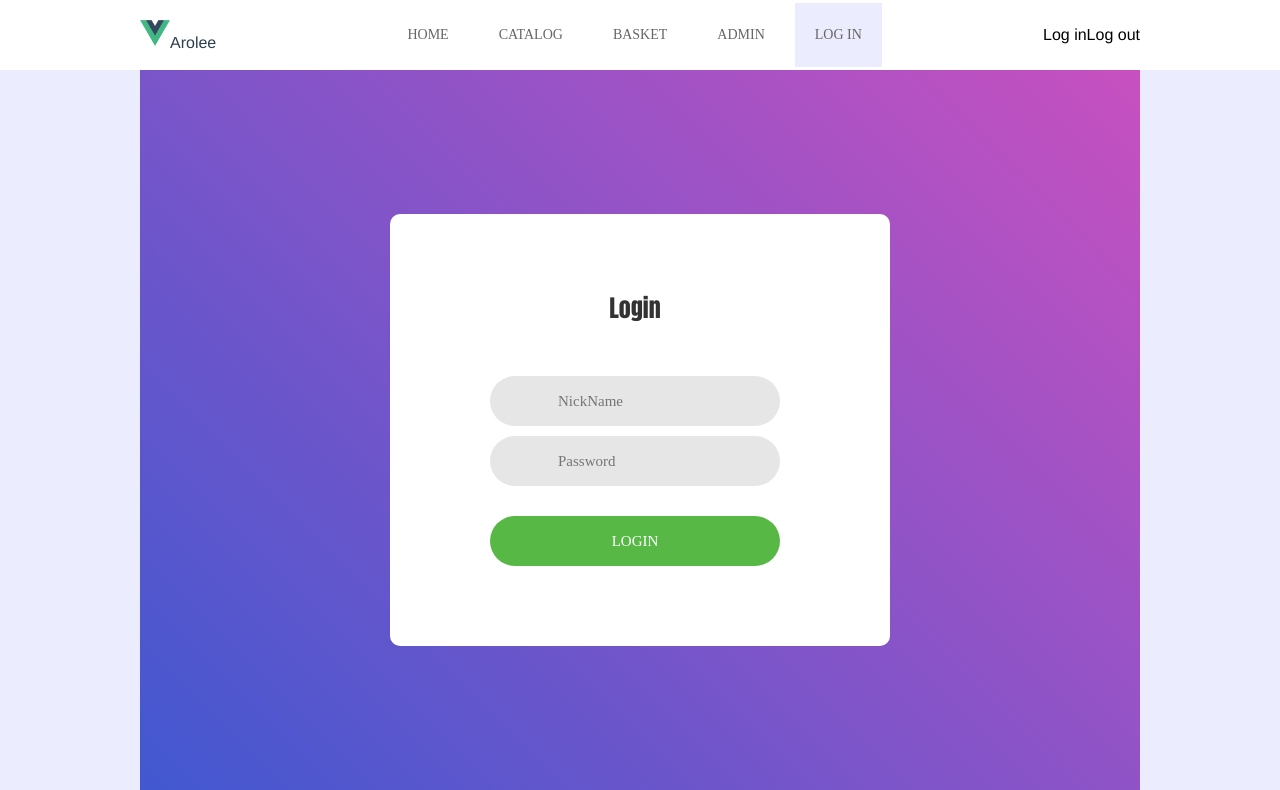
Repository: nutelabezgmo222/toyShop_FE
Page: /login
The author's editor kept a copy of each file at every save. The page is drawn from the files as they stood at one save, then again after the next save.
The browser window is 1280 px wide. The pictures show the whole page.
The project was rebuilt for these pictures with package versions that can differ from the ones it lists, and the page was loaded fresh each time. Also part of the build but not shown: vue.config.js, src/components/Pages/HomePage.vue, src/components/Pages/CatalogPage.vue, src/components/Pages/BasketPage.vue, src/components/Pages/Admin/AdminPage.vue, src/api/index.js, src/api/subInformation/index.js, src/api/brand/index.js and 4 more.

Above is the page before, as saved 2022-06-28 17:24:28.

### src/App.vue
<template>
  <div class="wrapper">
    <Header :links="navigation" />
    <main>
      <router-view />
    </main>
    <footer></footer>
  </div>
</template>

<script>
import Header from '@/components/Molecules/Header';

export default {
    name: 'App',
    components: {
        Header
    },
    data() {
        return {
            navigation: [
                { title: 'Home', to: '/' },
                { title: 'Catalog', to: '/catalog' },
                { title: 'Basket', to: '/basket' },
                { title: 'Admin', to: '/admin' },
                {title : 'Log In', to: '/login' },
            ],
        };
    },
};

</script>

<style>
@import '@/assets/css/normalize.css';

#app {
  font-family: Avenir, Helvetica, Arial, sans-serif;
  -webkit-font-smoothing: antialiased;
  -moz-osx-font-smoothing: grayscale;
  text-align: center;
  color: #2c3e50;
  padding-top: 70px;
  background-color: #ECECFF;
  min-height: 100vh;
  position: relative;
}
.wrapper {
    max-width: 1000px;
    margin: 0 auto;
}
</style>

### src/store/index.js
import { createStore } from 'vuex';

const store = createStore({
    state () {
        return {
            count: 0
        }
    },
    mutations: {
        increment (state) {
            state.count++
        }
    }
});

export default store;

### src/router/index.js
import { createRouter, createWebHistory } from 'vue-router';
import routes from './routes';

const router = createRouter({
    history: createWebHistory(),
    routes, // short for `routes: routes`
});

export default router;

### src/components/Molecules/Header.vue
<template>
  <header>
    <div class="wrapper">
      <div class="logo_wrapper">
        <img :src="logo" alt="logo">
        <span class="logo_title">{{ projectTitle }}</span>
      </div>
      <nav>
        <router-link
          v-for="link in links"
          :key="link.title"
          :to="link.to"
          class="navigation_link">
          {{ link.title }}
        </router-link>
      </nav>
      <div>
        <Button button-text="Log in" />
        <Button button-text="Log out" />
      </div>
    </div>
  </header>
</template>

<script>
import Logo from '@/assets/images/logo.png';
import Button from '@/components/Atoms/Button';

export default {
    components: {
        Button
    },
    props: {
        links: {
            type: Array,
            required: true
        },
    },
    data() {
        return {
            logo: Logo,
            projectTitle: 'Arolee'
        }
    },
}
</script>

<style scoped>
  header {
      position: fixed;
      height: 70px;
      top: 0;
      left: 0;
      right: 0;
      background-color: #fff;
  }

  .wrapper {
      display: flex;
      justify-content: space-between;
      align-items: center;
      height: 100%;
  }

  .logo_wrapper img {
      width: 30px;
      height: 30px;
  }

  nav {
      flex-grow: 1;
      display: flex;
      justify-content: center;
  }

  .router-link-active {
      background-color: #ECECFF;
  }

  .navigation_link {
      margin-left: 10px;
      text-transform: uppercase;
      transition: all 0.3s ease;
      padding: 20px;
  }

  .navigation_link:hover {
      background-color: #ECECFF;
  }
</style>

### src/router/routes.js
import HomePage from '@/components/Pages/HomePage';
import CatalogPage from '@/components/Pages/CatalogPage';
import BasketPage from '@/components/Pages/BasketPage';

import LogInPage from '@/components/Pages/LogInPage';

import AdminPage from '@/components/Pages/Admin/AdminPage';
import AdminCreate from '@/components/Pages/Admin/AdminCreate';
import AdminDelete from '@/components/Pages/Admin/AdminDelete';

const routes = [
    { path: '/', component: HomePage },
    {
        path: '/basket',
        component: BasketPage
    },
    { path: '/catalog', component: CatalogPage },
    {
        path: '/admin',
        component: AdminPage,
        children: [
           {
              path: 'create',
              component: AdminCreate,
              name: 'AdminCreate'
           },
           {
              path: 'delete',
              component: AdminDelete,
              name: 'AdminDelete'
          }
        ]
    },
    { path: '/login', component: LogInPage},
]

export default routes;

### src/components/Atoms/Button.vue
<template>
  <button>{{ buttonText }}</button>
</template>

<script>
export default {
  props: {
      buttonText: {
          type: String,
          required: true
      }
  }

}
</script>

<style>

</style>

### src/components/Pages/LogInPage.vue
<template>
  <div>

    <div class="limiter">
		<div class="container-login100">
			<div class="wrap-login100">

				<form class="login100-form validate-form">
					<span class="login100-form-title">
					 Login
					</span>

					<div class="wrap-input100 validate-input" data-validate = "Valid email is required: ex@abc.xyz">
						<input class="input100" type="text" name="name" placeholder="NickName">
						<span class="focus-input100"></span>
						<span class="symbol-input100">
							<i class="fa fa-envelope" aria-hidden="true"></i>
						</span>
					</div>

					<div class="wrap-input100 validate-input" data-validate = "Password is required">
						<input class="input100" type="password" name="pass" placeholder="Password">
						<span class="focus-input100"></span>
						<span class="symbol-input100">
							<i class="fa fa-lock" aria-hidden="true"></i>
						</span>
					</div>

					<div class="container-login100-form-btn">
						<button class="login100-form-btn">
							Login
						</button>
					</div>

				</form>
			</div>
		</div>
	</div>

  </div>
</template>

<script>
export default {

}
</script>

<style>


* {
	margin: 0px;
	padding: 0px;
	box-sizing: border-box;
}

body, html {
    justify-content: center;
	height: 100%;
    width: 100%;
    font-family: Poppins-Regular, sans-serif;
}

a {
	font-family: Poppins-Regular;
	font-size: 14px;
	line-height: 1.7;
	color: #666666;
	margin: 0px;
	transition: all 0.4s;
	-webkit-transition: all 0.4s;
  -o-transition: all 0.4s;
  -moz-transition: all 0.4s;
}

a:focus {
	outline: none !important;
}

a:hover {
	text-decoration: none;
  color: #57b846;
}


h1,h2,h3,h4,h5,h6 {
	margin: 0px;
}

p {
	font-family: Poppins-Regular;
	font-size: 14px;
	line-height: 1.7;
	color: #666666;
	margin: 0px;
}

ul, li {
	margin: 0px;
	list-style-type: none;
}



input {
	outline: none;
	border: none;
}

textarea {
  outline: none;
  border: none;
}

textarea:focus, input:focus {
  border-color: transparent !important;
}




button {
	outline: none !important;
	border: none;
	background: transparent;

}

button:hover {
	cursor: pointer;
}

iframe {
	border: none !important;
}


.txt1 {
  font-family: Poppins-Regular;
  font-size: 13px;
  line-height: 1.5;
  color: #999999;
}

.txt2 {
  font-family: Poppins-Regular;
  font-size: 13px;
  line-height: 1.5;
  color: #666666;
}




.limiter {
  width: 100%;
  margin: 0 auto;
}

.container-login100 {
  width: 100%;
  min-height: 100vh;
  display: -webkit-box;
  display: -webkit-flex;
  display: -moz-box;
  display: -ms-flexbox;
  display: flex;
  flex-wrap: wrap;
  justify-content: center;
  align-items: center;
  padding: 15px;
  background: #9053c7;
  background: -webkit-linear-gradient(-135deg, #c850c0, #4158d0);
  background: -o-linear-gradient(-135deg, #c850c0, #4158d0);
  background: -moz-linear-gradient(-135deg, #c850c0, #4158d0);
  background: linear-gradient(-135deg, #c850c0, #4158d0);
}

.wrap-login100 {
  width: 500px;
  background: #fff;
  border-radius: 10px;
  overflow: hidden;

  display: -webkit-box;
  display: -webkit-flex;
  display: -moz-box;
  display: -ms-flexbox;
  display: flex;
  flex-wrap: wrap;
  justify-content: space-between;
  padding: 80px 100px 80px 100px;
}





.login100-form {
  width: 290px;
}

.login100-form-title {
  font-family:Impact, Haettenschweiler, 'Arial Narrow Bold', sans-serif;
  font-size: 24px;
  color: #333333;
  line-height: 1.2;
  text-align: center;

  width: 100%;
  display: block;
  padding-bottom: 54px;
}


/*---------------------------------------------*/
.wrap-input100 {
  position: relative;
  width: 100%;
  z-index: 1;
  margin-bottom: 10px;
}

.input100 {
  font-family: Poppins-Medium;
  font-size: 15px;
  line-height: 1.5;
  color: #666666;

  display: block;
  width: 100%;
  background: #e6e6e6;
  height: 50px;
  border-radius: 25px;
  padding: 0 30px 0 68px;
}


/*------------------------------------------------------------------
[ Focus ]*/
.focus-input100 {
  display: block;
  position: absolute;
  border-radius: 25px;
  bottom: 0;
  left: 0;
  z-index: -1;
  width: 100%;
  height: 100%;
  box-shadow: 0px 0px 0px 0px;
  color: rgba(87,184,70, 0.8);
}

.input100:focus + .focus-input100 {
  -webkit-animation: anim-shadow 0.5s ease-in-out forwards;
  animation: anim-shadow 0.5s ease-in-out forwards;
}

@-webkit-keyframes anim-shadow {
  to {
    box-shadow: 0px 0px 70px 25px;
    opacity: 0;
  }
}

@keyframes anim-shadow {
  to {
    box-shadow: 0px 0px 70px 25px;
    opacity: 0;
  }
}

.symbol-input100 {
  font-size: 15px;

  display: -webkit-box;
  display: -webkit-flex;
  display: -moz-box;
  display: -ms-flexbox;
  display: flex;
  align-items: center;
  position: absolute;
  border-radius: 25px;
  bottom: 0;
  left: 0;
  width: 100%;
  height: 100%;
  padding-left: 35px;
  pointer-events: none;
  color: #666666;

  -webkit-transition: all 0.4s;
  -o-transition: all 0.4s;
  -moz-transition: all 0.4s;
  transition: all 0.4s;
}

.input100:focus + .focus-input100 + .symbol-input100 {
  color: #57b846;
  padding-left: 28px;
}

/*------------------------------------------------------------------
[ Button ]*/
.container-login100-form-btn {
  width: 100%;
  display: -webkit-box;
  display: -webkit-flex;
  display: -moz-box;
  display: -ms-flexbox;
  display: flex;
  flex-wrap: wrap;
  justify-content: center;
  padding-top: 20px;
}

.login100-form-btn {
  font-family: Montserrat-Bold;
  font-size: 15px;
  line-height: 1.5;
  color: #fff;
  text-transform: uppercase;

  width: 100%;
  height: 50px;
  border-radius: 25px;
  background: #57b846;
  display: -webkit-box;
  display: -webkit-flex;
  display: -moz-box;
  display: -ms-flexbox;
  display: flex;
  justify-content: center;
  align-items: center;
  padding: 0 25px;

  -webkit-transition: all 0.4s;
  -o-transition: all 0.4s;
  -moz-transition: all 0.4s;
  transition: all 0.4s;
}

.login100-form-btn:hover {
  background: #333333;
}



/*------------------------------------------------------------------
[ Responsive ]*/



@media (max-width: 992px) {
  .wrap-login100 {
    padding: 177px 90px 33px 85px;
  }

  .login100-pic {
    width: 35%;
  }

  .login100-form {
    width: 50%;
  }
}

@media (max-width: 768px) {
  .wrap-login100 {
    padding: 100px 80px 33px 80px;
  }

  .login100-pic {
    display: none;
  }

  .login100-form {
    width: 100%;
  }
}

@media (max-width: 576px) {
  .wrap-login100 {
    padding: 100px 15px 33px 15px;
  }
}


/*------------------------------------------------------------------
[ Alert validate ]*/

.validate-input {
  position: relative;
}

.alert-validate::before {
  content: attr(data-validate);
  position: absolute;
  max-width: 70%;
  background-color: white;
  border: 1px solid #c80000;
  border-radius: 13px;
  padding: 4px 25px 4px 10px;
  top: 50%;
  -webkit-transform: translateY(-50%);
  -moz-transform: translateY(-50%);
  -ms-transform: translateY(-50%);
  -o-transform: translateY(-50%);
  transform: translateY(-50%);
  right: 8px;
  pointer-events: none;

  font-family: Poppins-Medium;
  color: #c80000;
  font-size: 13px;
  line-height: 1.4;
  text-align: left;

  visibility: hidden;
  opacity: 0;

  -webkit-transition: opacity 0.4s;
  -o-transition: opacity 0.4s;
  -moz-transition: opacity 0.4s;
  transition: opacity 0.4s;
}

.alert-validate::after {
  content: "\f06a";
  font-family: FontAwesome;
  display: block;
  position: absolute;
  color: #c80000;
  font-size: 15px;
  top: 50%;
  -webkit-transform: translateY(-50%);
  -moz-transform: translateY(-50%);
  -ms-transform: translateY(-50%);
  -o-transform: translateY(-50%);
  transform: translateY(-50%);
  right: 13px;
}

.alert-validate:hover:before {
  visibility: visible;
  opacity: 1;
}

@media (max-width: 992px) {
  .alert-validate::before {
    visibility: visible;
    opacity: 1;
  }
}
</style>

Loaded but not shown: public/index.html (common file); src/main.js (common file); src/assets/css/normalize.css (library)

After the next save:
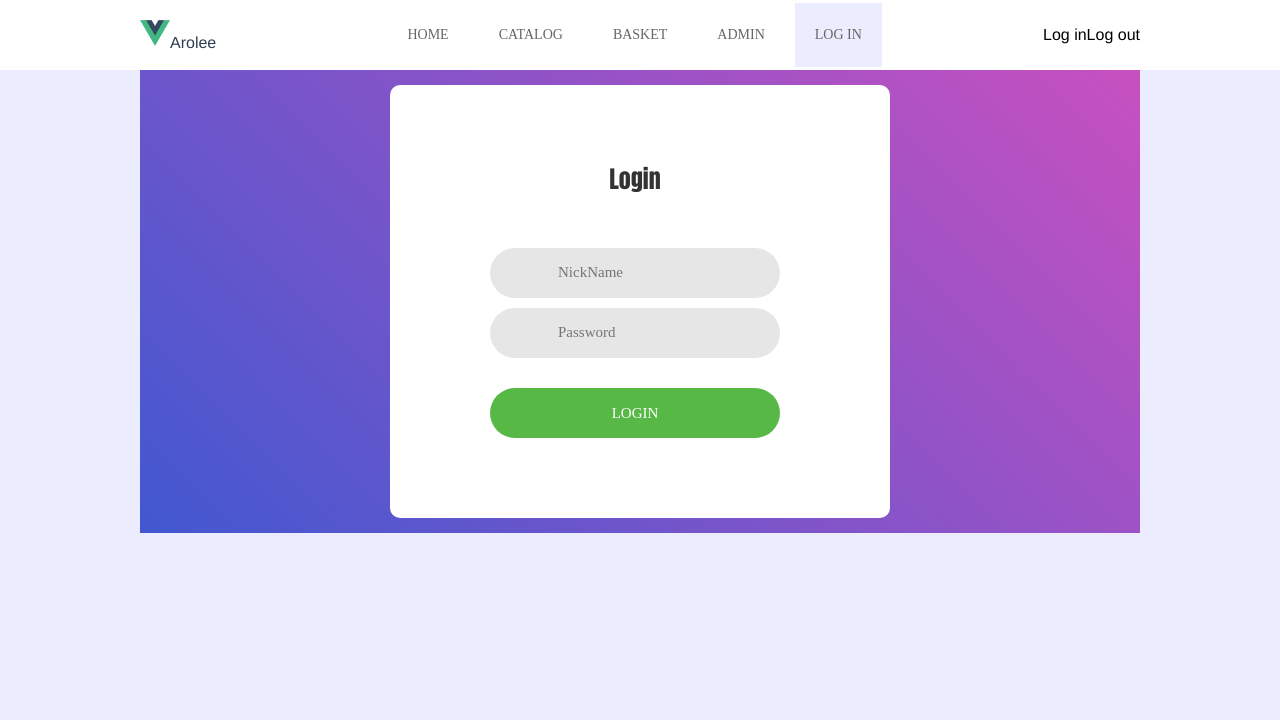
Saved 10 s later.
--- a/src/components/Pages/LogInPage.vue
+++ b/src/components/Pages/LogInPage.vue
@@ -160,7 +160,7 @@
 
 .container-login100 {
   width: 100%;
-  min-height: 100vh;
+
   display: -webkit-box;
   display: -webkit-flex;
   display: -moz-box;

After the 2 saves that followed:
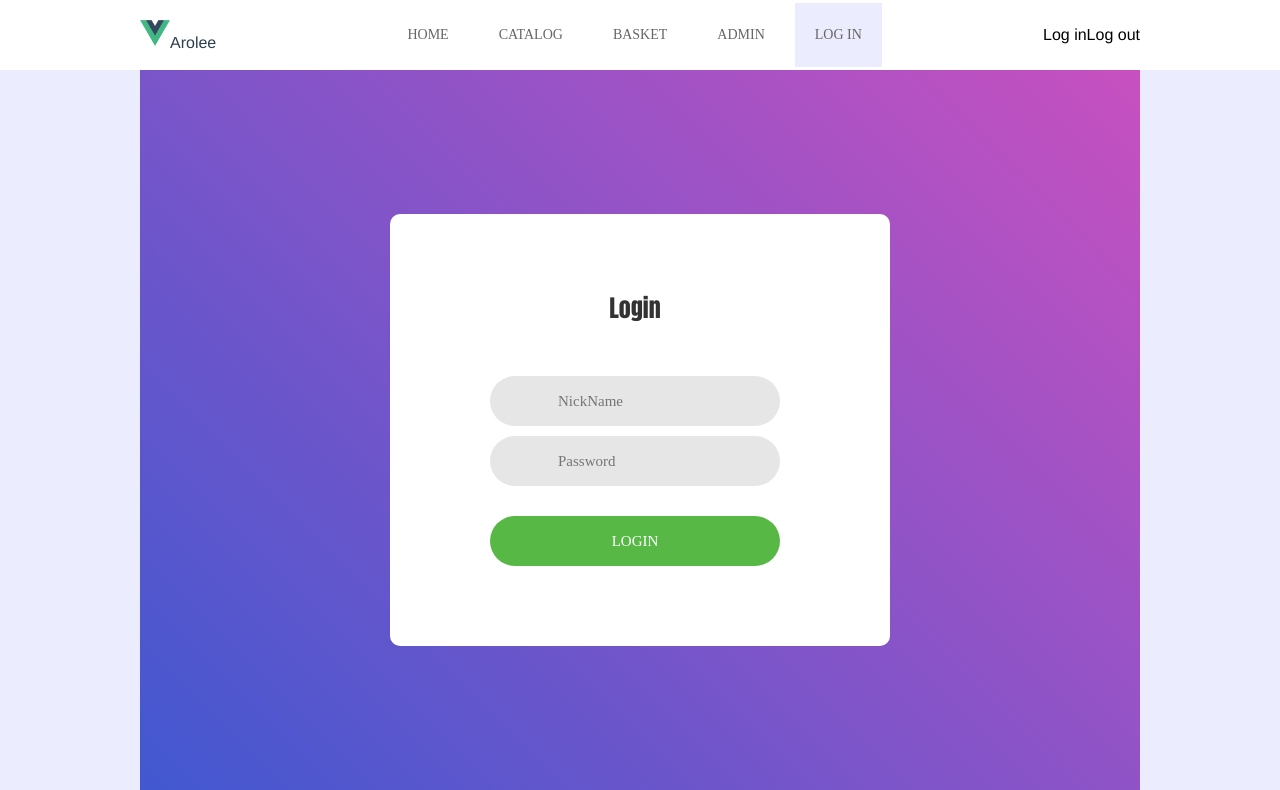
The 2 saves are shown as one change because 1 left the picture as it was.
The last was saved 11 s later.
--- a/src/components/Pages/LogInPage.vue
+++ b/src/components/Pages/LogInPage.vue
@@ -160,7 +160,7 @@
 
 .container-login100 {
   width: 100%;
-
+  min-height: 100vh;
   display: -webkit-box;
   display: -webkit-flex;
   display: -moz-box;
